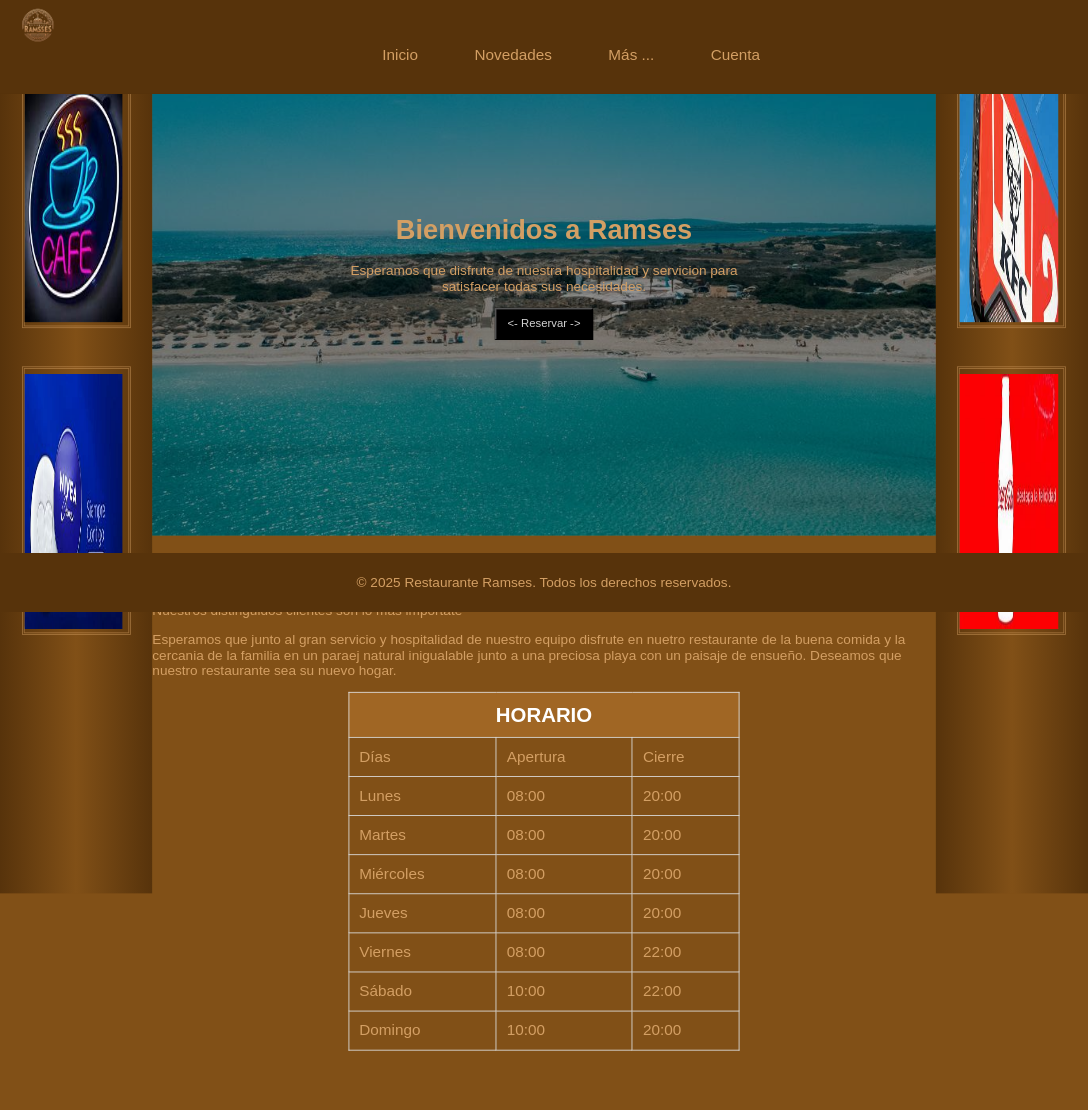
Repository: demoniers/demonIers.github.io
Page: web-lenguajes/index.html
These files come from the project's save history. The page is drawn as it stood at one moment and after the next save; the edit follows.
The browser window is 1280 px wide. The pictures show the whole page, at 85% of full size.

Above is the page before, as saved 2025-01-28 16:58:49.

After the next save:
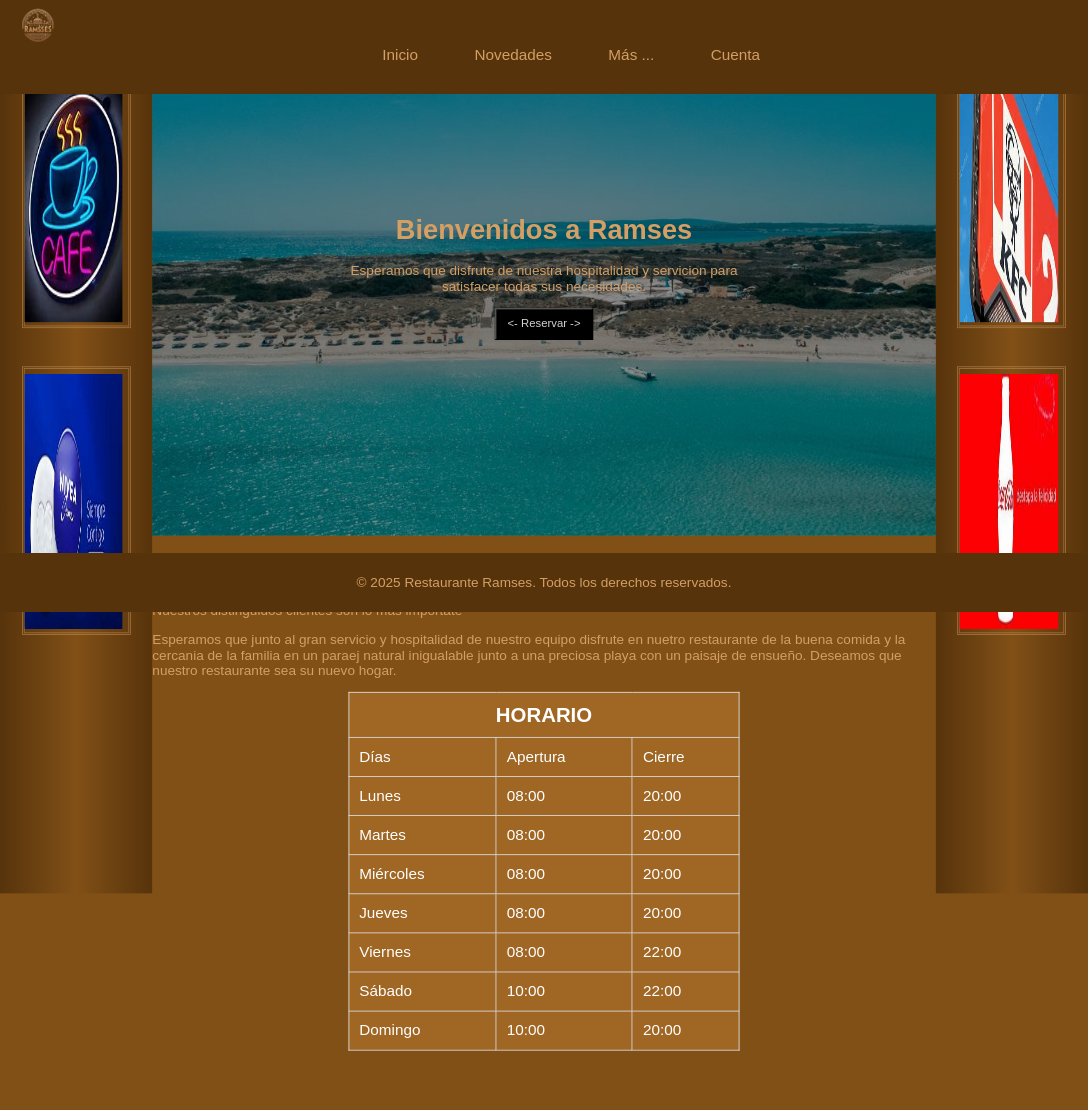
Saved 63 s later.
--- a/web-lenguajes/style/style.css
+++ b/web-lenguajes/style/style.css
@@ -265,6 +265,7 @@
 th, td {
     padding: 12px;
     border: 1px solid #ddd;
+    animation: colorhead forwards 5s;
 }
 
 th {

After the 2 saves that followed:
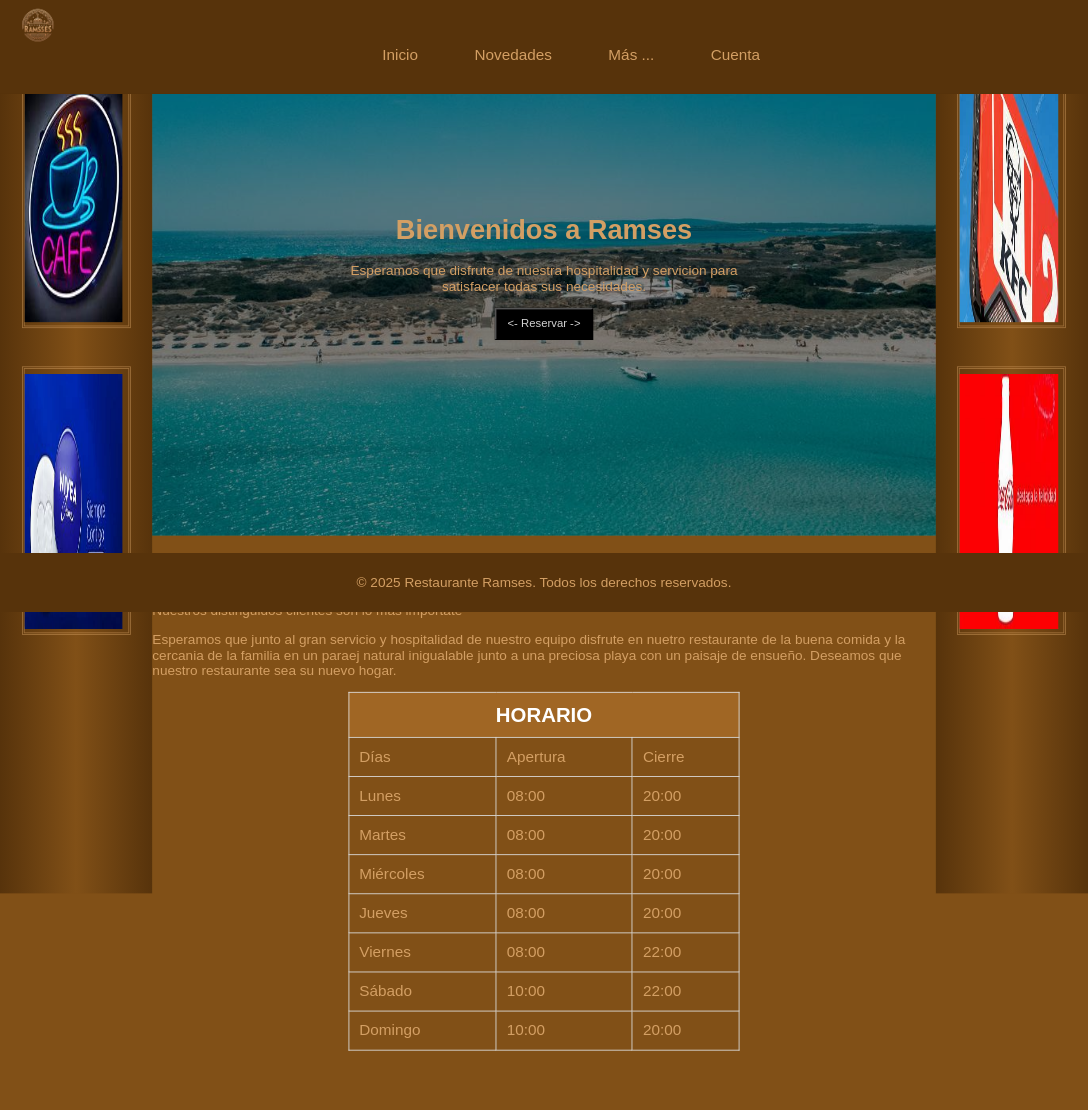
The 2 saves are shown as one change because 1 left the picture as it was.
The last was saved 82 s later.
--- a/web-lenguajes/style/style.css
+++ b/web-lenguajes/style/style.css
@@ -265,7 +265,6 @@
 th, td {
     padding: 12px;
     border: 1px solid #ddd;
-    animation: colorhead forwards 5s;
 }
 
 th {
@@ -291,7 +290,8 @@
 
 }
 th:hover, td:hover {
-    background-color: #a06824;
+    background-color: #c08d4f;
+    color: black;
 }
 
 .form {
